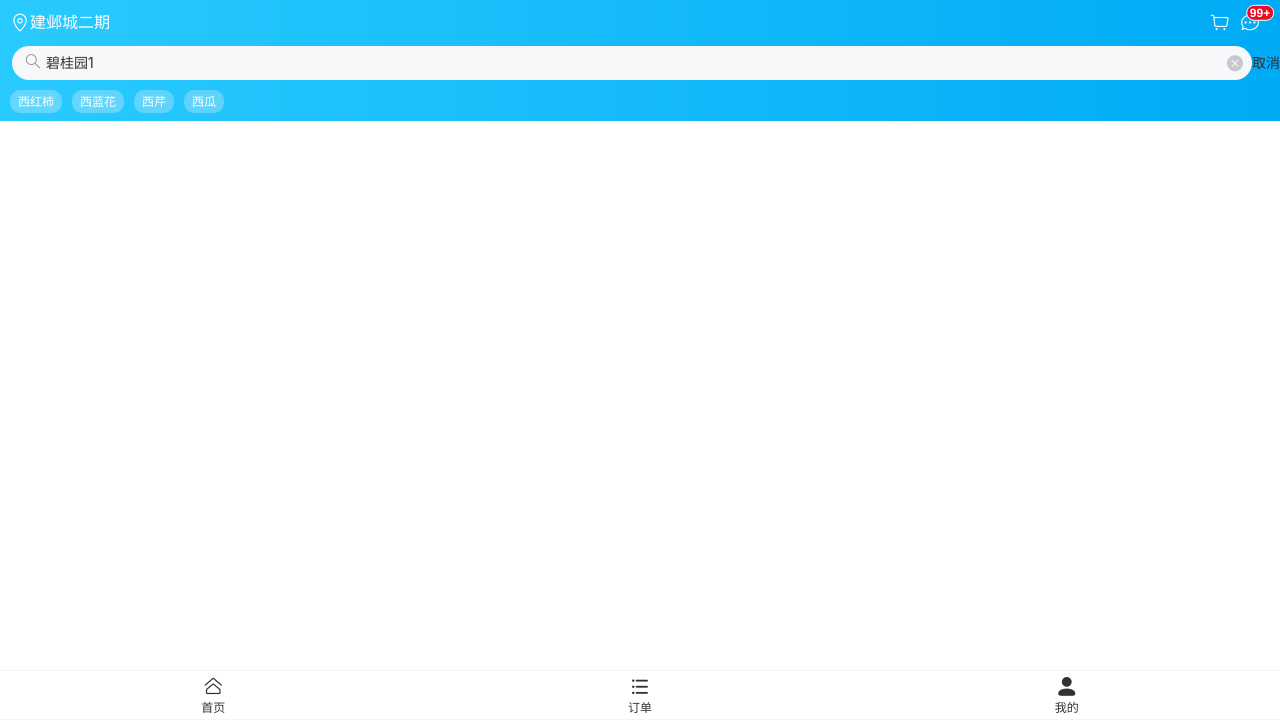
Repository: AhriLovePeach/elm-h5
Page: /
The author's editor kept a copy of each file at every save. The page is drawn from the files as they stood at one save, then again after the next save.
The browser window is 1280 px wide. The pictures show the whole page.
The page's requests for data from a server got no answer. The project was rebuilt for these pictures with package versions that can differ from the ones it lists, and the page was loaded fresh each time. No one was signed in, and anything a server would have sent is missing. Also part of the build but not shown: src/components/HelloWorld.vue, src/components/WelcomeItem.vue, src/components/icons/IconDocumentation.vue, src/components/icons/IconTooling.vue, src/components/icons/IconEcosystem.vue, src/components/icons/IconCommunity.vue, src/components/icons/IconSupport.vue, src/components/TheWelcome.vue and 1 more. Imported but missing from the stored project, and not drawn on this page: src/views/tabs/order/OrderView.vue.

Above is the page before, as saved 2025-04-06 15:25:52.

After the next save:
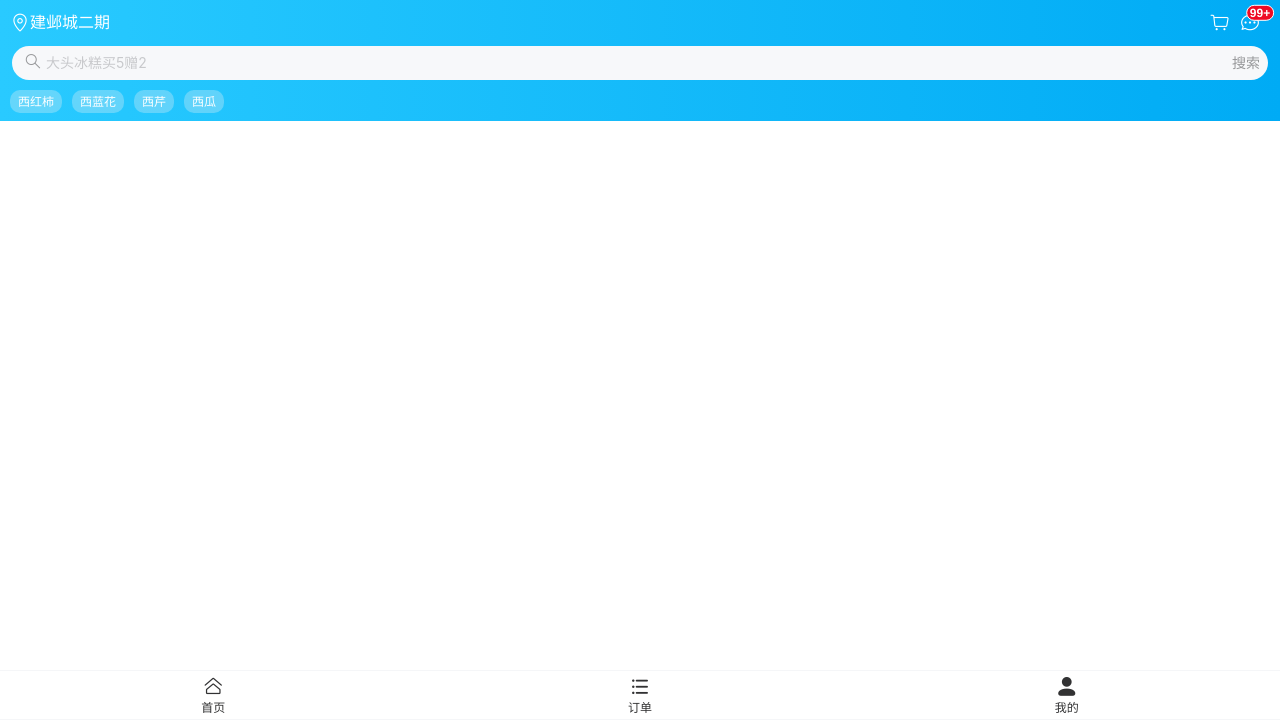
Saved 64 min 19 s later.
--- a/src/views/tabs/home/components/TheTop.vue
+++ b/src/views/tabs/home/components/TheTop.vue
@@ -28,17 +28,11 @@ const onCancel = () => {
             <van-icon name="cart-o" size="20" />
             <van-icon class="chat" name="chat-o" size="20" badge="99+" />
         </div>
-        <!-- <div class="search-box">
-            <van-search shape="round" background="linear-gradient(90deg, rgb(41, 202, 255) 0%, rgb(0, 171, 245) 100%)"
-                placeholder="大头冰糕买5赠2" />
-            <van-button class="search-btn" size="small" type="default">搜索</van-button>
-        </div> -->
-        <OpSearch v-model="searchValue" shape="round" show-action
-            background="linear-gradient(90deg, rgb(41, 202, 255) 0%, rgb(0, 171, 245) 100%)" placeholder="大头冰糕买5赠2"
-            @search="onSearch" @clear="onClear" @cancel="onCancel">
-            <!-- <template #right-icon>
+        <OpSearch shape="round" background="linear-gradient(90deg, rgb(41, 202, 255) 0%, rgb(0, 171, 245) 100%)"
+            placeholder="大头冰糕买5赠2">
+            <template #right-icon>
                 <div>搜索</div>
-            </template> -->
+            </template>
         </OpSearch>
 
         <div class="recommend-box">
